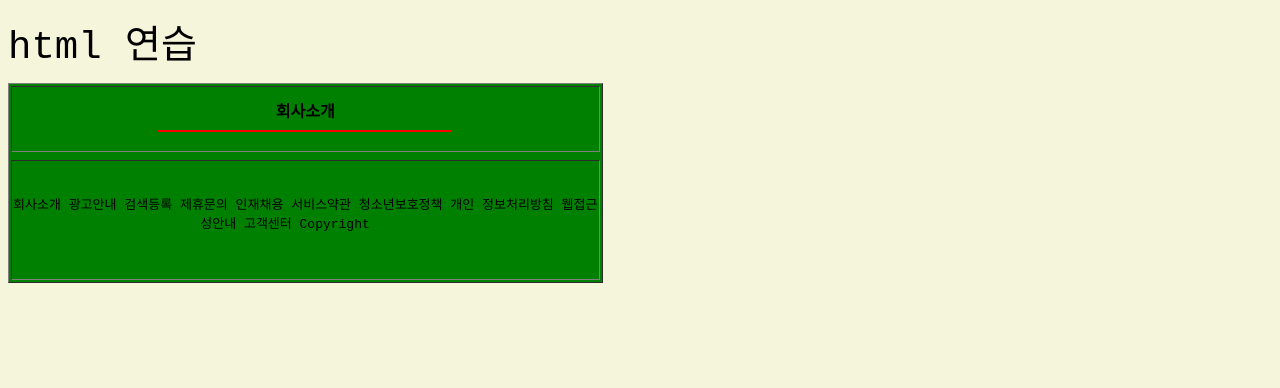
Repository: cleangggg/front
Page: html/ex08.html
The author's editor kept a copy of each file at every save. The page is drawn from the files as they stood at one save, then again after the next save.
The browser window is 1280 px wide. The pictures show the whole page.

Above is the page before, as saved 2023-05-23 01:11:09.

### html/ex08.html
<!DOCTYPE html>
<html>
<head>
<meta charset="UTF-8">
<title>Insert title here</title>
</head>
<body bgcolor="beige">
	<pre>
<font size="7">html 연습</font>
</pre>
	<table border="1" height="200" width="500" bgcolor="green" >

		<th colspan="4">회사소개
		<hr width="50%" align="center" color="red">
		</th>
		<tr>

		</tr>
		<tr>

		</tr>
		<tr>

		</tr>
		<tr>
			<td>
			<pre>회사소개 광고안내 검색등록 제휴문의 인재채용 서비스약관 청소년보호정책 개인 정보처리방침 웹접근
			성안내 고객센터 Copyright
			</pre>
			</td>
		</tr>

	</table>


</body>
</html>

After the next save:
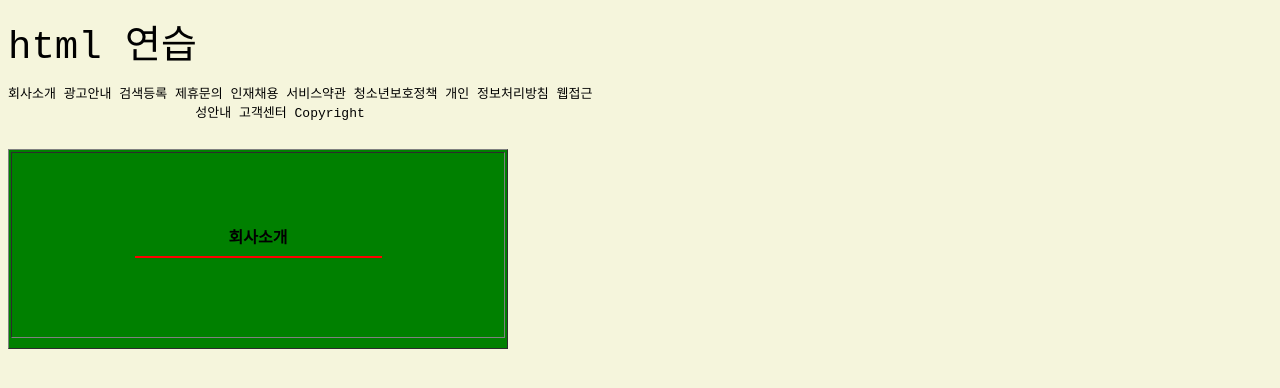
Saved 11 s later.
--- a/html/ex08.html
+++ b/html/ex08.html
@@ -23,11 +23,11 @@
 
 		</tr>
 		<tr>
-			<td>
+
 			<pre>회사소개 광고안내 검색등록 제휴문의 인재채용 서비스약관 청소년보호정책 개인 정보처리방침 웹접근
 			성안내 고객센터 Copyright
 			</pre>
-			</td>
+
 		</tr>
 
 	</table>

After the save that followed:
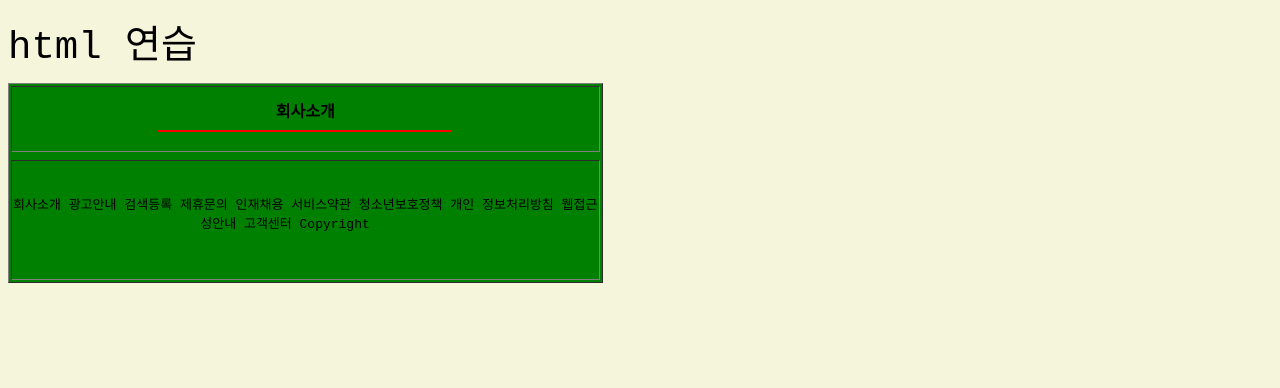
Saved 4 s later.
--- a/html/ex08.html
+++ b/html/ex08.html
@@ -23,11 +23,11 @@
 
 		</tr>
 		<tr>
-
+			<td>
 			<pre>회사소개 광고안내 검색등록 제휴문의 인재채용 서비스약관 청소년보호정책 개인 정보처리방침 웹접근
 			성안내 고객센터 Copyright
 			</pre>
-
+			</td>
 		</tr>
 
 	</table>
